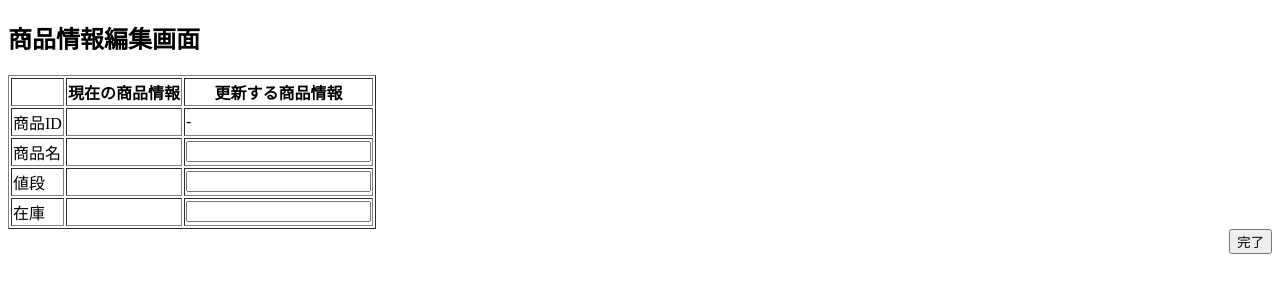
Repository: sachiyuki/java
Page: http://localhost/AdminLogin/itemedit.jsp
An editor plug-in stored every save of this project. The page is shown before and after the next save, followed by the edit.
The browser window is 1280 px wide. The pictures show the whole page.
The page is served by Tomcat 9. Other server files are loaded and not shown.

Above is the page before, as saved 2018-03-05 08:24:54.

### AdminLogin/WebContent/itemedit.jsp
<%@ page language="java" contentType="text/html; charset=UTF-8"
    pageEncoding="UTF-8"%>
<%@ taglib prefix="s" uri="/struts-tags" %>
<!DOCTYPE html PUBLIC "-//W3C//DTD HTML 4.01 Transitional//EN" "http://www.w3.org/TR/html4/loose.dtd">
<html>
<head>
<meta http-equiv="Content-Type" content="text/html; charset=UTF-8">
<title>Insert title here</title>
</head>
<body>


<h2>商品情報編集画面</h2>
<s:form>

<table border="1">
<tr>
	<th></th>
	<th>現在の商品情報</th>
	<th>更新する商品情報</th>
</tr>
<tr>
	<td>商品ID</td>
	<td><s:property value="id"/></td>
	<td>-</td>
</tr>
<tr>
	<td>商品名</td>
	<td><s:property value="itemName"/></td>
	<td><input type="text" name="newName" value="" /></td>
</tr>
<tr>
	<td>値段</td>
	<td><s:property value="itemPrice"/></td>
	<td><input type="text" name="newPrice" value="" /></td>
</tr>
<tr>
	<td>在庫</td>
	<td><s:property value="itemStock"/></td>
	<td><input type="text" name="newStock" value="" /></td>
</tr>
</table>

<s:submit value="完了"/>

</s:form>


</body>
</html>

After the next save:
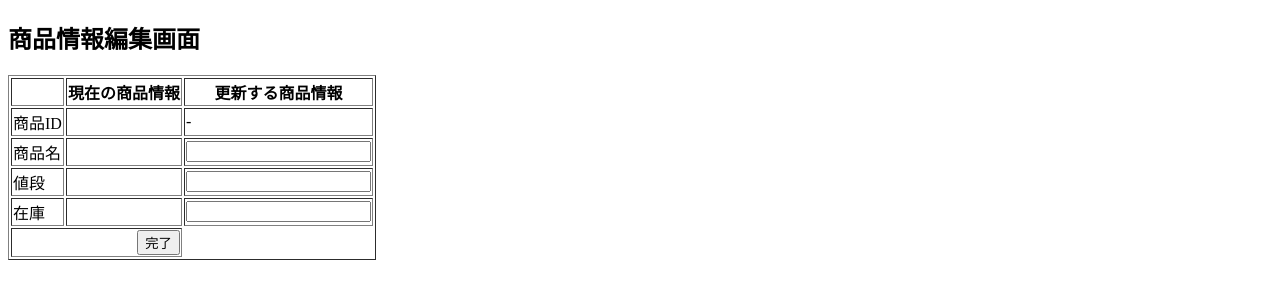
Saved 28 s later.
--- a/AdminLogin/WebContent/itemedit.jsp
+++ b/AdminLogin/WebContent/itemedit.jsp
@@ -39,9 +39,8 @@
 	<td><s:property value="itemStock"/></td>
 	<td><input type="text" name="newStock" value="" /></td>
 </tr>
+<s:submit value="完了"/>
 </table>
-
-<s:submit value="完了"/>
 
 </s:form>
 

After the save that followed:
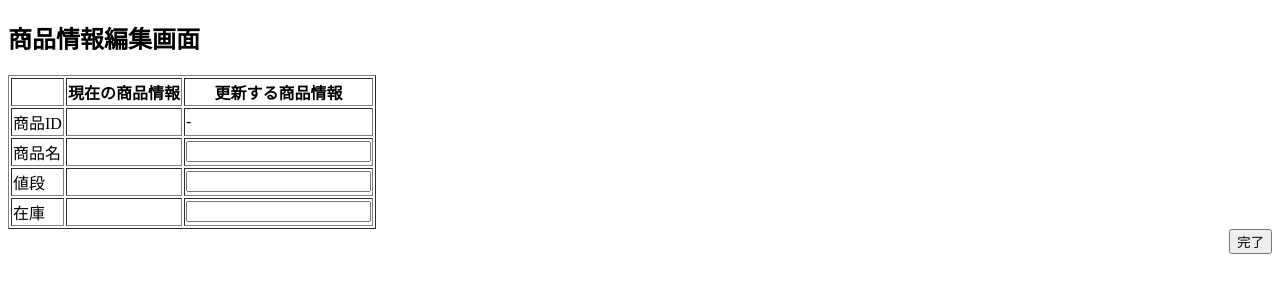
Saved 17 s later.
--- a/AdminLogin/WebContent/itemedit.jsp
+++ b/AdminLogin/WebContent/itemedit.jsp
@@ -39,9 +39,8 @@
 	<td><s:property value="itemStock"/></td>
 	<td><input type="text" name="newStock" value="" /></td>
 </tr>
+</table>
 <s:submit value="完了"/>
-</table>
-
 </s:form>
 
 
